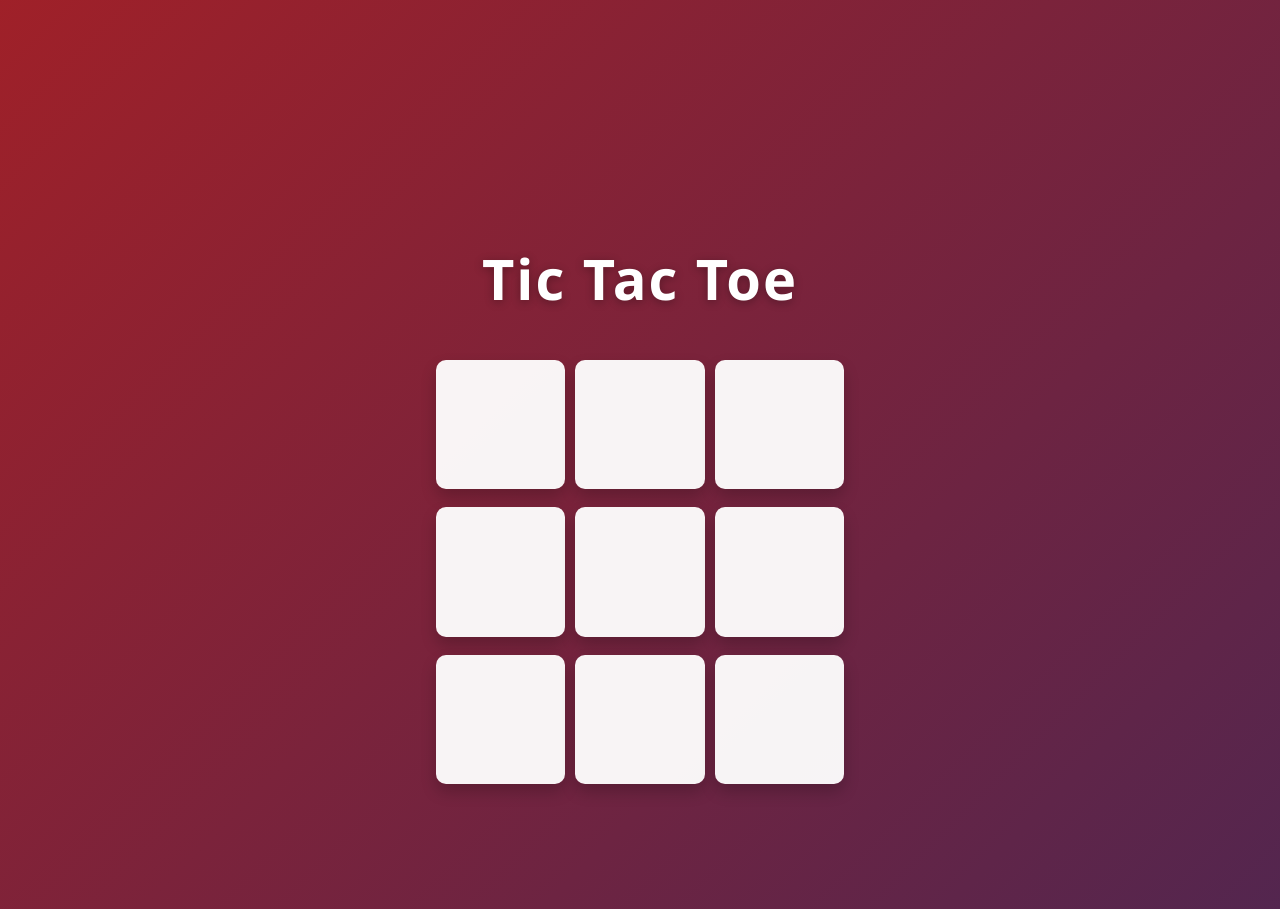
Repository: AreezAnsari/Tic-Tac-Toe
Page: Game/Game.html
These files come from the project's save history. The page is drawn as it stood at one moment and after the next save; the edit follows.
The browser window is 1280 px wide. The pictures show the whole page.

Above is the page before, as saved 2025-07-22 07:05:25.
Console error: TypeError: box.addEventListener is not a function

After the next save:
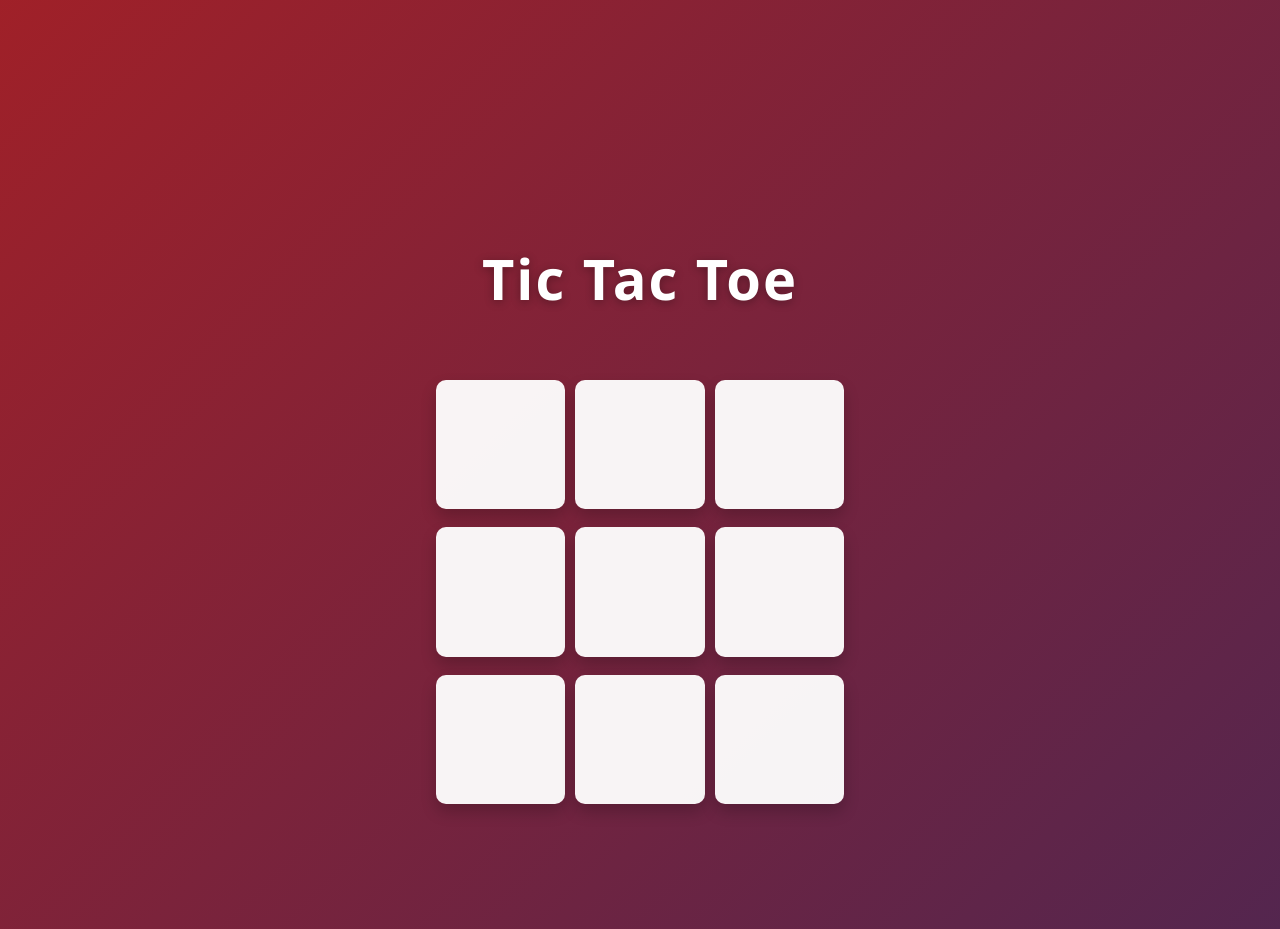
Saved 35 s later.
--- a/Game/Game.css
+++ b/Game/Game.css
@@ -1,7 +1,7 @@
 * {
-    margin: 0;
-    padding: 0;
-    box-sizing: border-box;
+  margin: 0;
+  padding: 0;
+  box-sizing: border-box;
 }
 
 body {
@@ -36,15 +36,12 @@
 }
 
 .container {
-    text-align: center;
-    height: auto;
+    margin-top: 60px; /* <- Add this to push content a bit down from top */
+    width: 100%;
+    max-width: 600px;
     display: flex;
     flex-direction: column;
     align-items: center;
-    justify-content: center;
-    max-width: 600px;
-    width: 100%;
-    margin-top: 40px;
 }
 
 .game {
